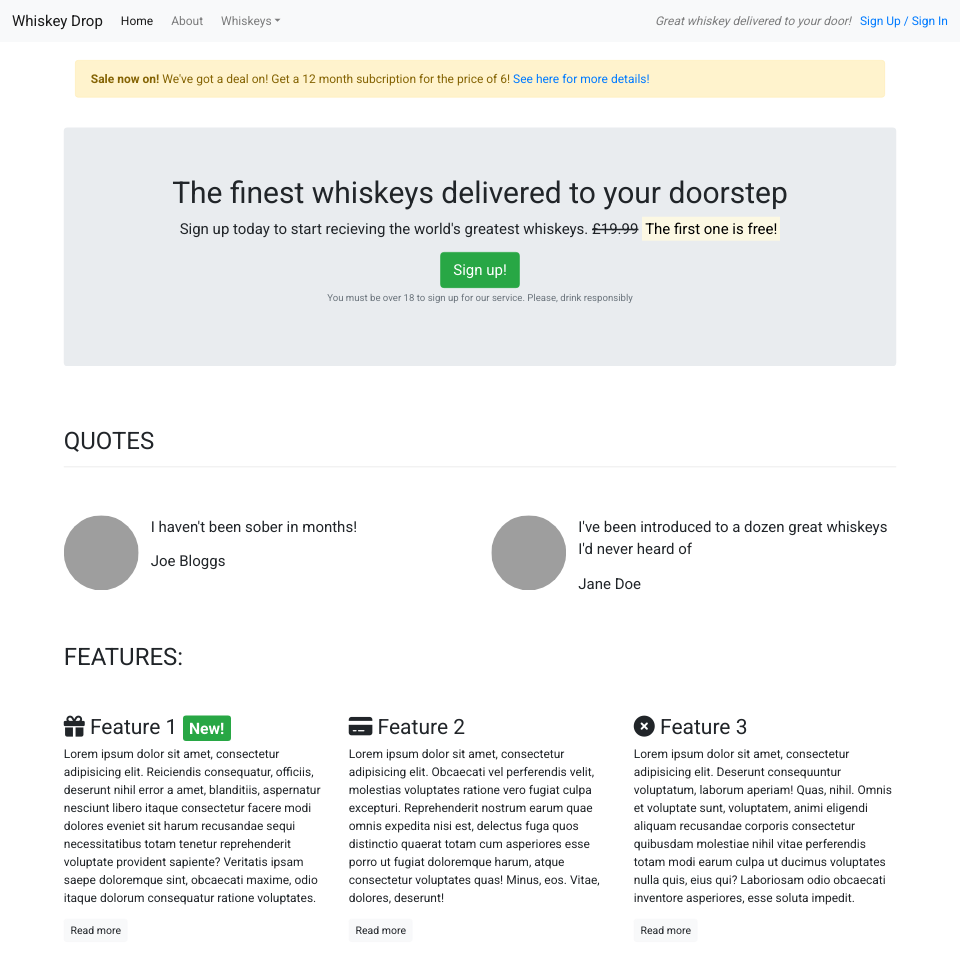
Repository: Matt-F90/Intro-to-bootstrap
Page: index.html
The author's editor kept a record of every edit. The page is drawn from the files as they stood at one moment, then again after the next edit.
The browser window is 1280 px wide. The pictures show the whole page, at 75% of full size.
Pictures or frames that could not be fetched are drawn as grey boxes. Some web libraries are served in a nearby version.

Above is the page before.
Console error: TypeError: Cannot read properties of undefined (reading 'fn')

### index.html
<!DOCTYPE html>
<html lang="en">

<head>
    <meta charset="UTF-8">
    <meta name="viewport" content="width=device-width, initial-scale=1.0">
    <meta http-equiv="X-UA-Compatible" content="ie=edge">
    <title>Whiskey Drop | Taste a new whiskey every month</title>
    <link rel="stylesheet" href="https://stackpath.bootstrapcdn.com/bootstrap/4.1.3/css/bootstrap.min.css" integrity="sha384-MCw98/SFnGE8fJT3GXwEOngsV7Zt27NXFoaoApmYm81iuXoPkFOJwJ8ERdknLPMO" crossorigin="anonymous">
    <script src="https://stackpath.bootstrapcdn.com/bootstrap/4.1.3/js/bootstrap.min.js" integrity="sha384-ChfqqxuZUCnJSK3+MXmPNIyE6ZbWh2IMqE241rYiqJxyMiZ6OW/JmZQ5stwEULTy" crossorigin="anonymous"></script>
    <script src="https://kit.fontawesome.com/f919e2be21.js" crossorigin="anonymous"></script>
    <link href="https://fonts.googleapis.com/css?family=Roboto:400,700&display=swap" rel="stylesheet">
    <link rel="stylesheet" href="css/style.css" type="text/css">

    <body>
        <nav class="navbar navbar-light bg-light navbar-expand-sm">
            <a href="/" class="navbar-brand">Whiskey Drop</a>

            <button class="navbar-toggler ml-auto" type="button" data-toggle="collapse" data-target="#navbarNavDropdown" aria-controls="navbarNavDropdown" aria-expanded="false" aria-label="Toggle navigation">
        <span class="navbar-toggler-icon"></span></button>

            <div class="collapse navbar-collapse" id="navbarNavDropdown">

                <ul class="navbar-nav mr-auto">
                    <li class="active nav-item mr-2"><a class="nav-link" href="/">Home</a></li>
                    <li class="nav-item mr-2"><a class="nav-link" href="/about">About</a></li>
                    <li class "nav-item dropdown">
                        <a class="nav-link dropdown-toggle" href="#" id="navbarDropdownMenuLink" role="button" data-toggle="dropdown" aria-haspopup="true" aria-expanded="false">
          Whiskeys</a>
                        <div class="dropdown-menu" aria-labelledby="navbarDropdownMenuLink">
                            <a class="dropdown-item" href="#">Irish</a>
                            <a class="dropdown-item" href="#">Scotch</a>
                            <a class="dropdown-item" href="#">Japanese</a>
                            <a class="dropdown-item" href="#">American</a>
                        </div>
                    </li>
                    <li class="nav-item mr-2 d-block d-sm-none"><a class="nav-link" href="/login">Sign Up / Sign In</a></li>
                </ul>
            </div>
            <div class="d-none d-md-block">
                <p class="navbar-text my-auto mr-2"><i>Great whiskey delivered to your door!</i></p>
                <a href="/login">Sign Up / Sign In</a>
            </div>
        </nav>
        <div class="container alert-container">
            <div class="row d-none d-sm-inline">
                <div class="col-12">
                    <div class="alert alert-warning">
                        <strong>Sale now on!</strong> We've got a deal on! Get a 12 month subcription for the price of 6! <a href "/">See here for more details!</a>
                    </div>
                </div>
            </div>
            <div class="row">
                <div class="col-12">
                    <section class="callout jumbotron text-center">
                        <h1>The finest whiskeys delivered to your doorstep</h1>
                        <p class="lead">Sign up today to start recieving the world's greatest whiskeys.
                            <s class="d-none d-sm-inline">£19.99</s>
                            <span class="d-inline d-sm-none"><br></span>
                            <strong><mark>The first one is free!</mark></strong></p>
                        <button class="btn btn-success btn-lg" data-toggle="modal" data-target="#signUpModal">Sign up!</button>
                        <p class="text-muted"><small>You must be over 18 to sign up for our service. Please, drink responsibly</small></p>
                    </section>
                </div>
            </div>
        </div>

<div class="container  quotes-container">
        <section class="quotes">
            <div class="row">
                <div class="col-12 my-5">
                    <h2 class="text-uppercase">Quotes</h2>
                    <hr />
                </div>
            </div>
            <div class="row">
                <div class="col-12 col-md-6">
                    <div class="media">
                        <div class="d-none d-sm-block">
                            <img src="images/guy-image.png" class="rounded-circle mr-3" height=100 width=100>
                        </div>
                        <div class="media-body">
                            <blockquote class="blockquote">
                                <p>I haven't been sober in months!</p>
                                <p>Joe Bloggs</p>
                            </blockquote>
                        </div>
                    </div>
                </div>
                <div class="col-12 col-md-6">
                    <div class="media">
                        <div class="d-none d-sm-block">
                            <img src="images/girl-image.png" class="rounded-circle mr-3" height=100 width=100>
                        </div>
                        <div class="media-body">
                            <blockquote class="blockquote">
                                <p>I've been introduced to a dozen great whiskeys I'd never heard of</p>
                                <p>Jane Doe</p>
                            </blockquote>
                        </div>
                    </div>
                </div>
            </div>
        </section>
        </div>

<div class="container features-container">
        <section class="features">
            <div class="row">
                <div class="col-12 my-5">
                    <h2 class="text-uppercase">Features:</h2>
                </div>
            </div>
            <div class="row">
                <div class="col-12 col-md-6 col-lg-4">
                    <div class="feature">
                        <h3><i class="fas fa-gift d-none d-sm-inline"></i> Feature 1 <span class="badge badge-success d-none d-sm-inline">New!</span></h3>
                        <p>Lorem ipsum dolor sit amet, consectetur adipisicing elit. Reiciendis consequatur, officiis, deserunt nihil error a amet, blanditiis, aspernatur nesciunt libero itaque consectetur facere modi dolores eveniet sit harum recusandae
                            sequi necessitatibus totam tenetur reprehenderit voluptate provident sapiente? Veritatis ipsam saepe doloremque sint, obcaecati maxime, odio itaque dolorum consequatur ratione voluptates.</ipsum50>
                        </p>
                        <p><a class="btn btn-sm btn-light">Read more</a></p>
                    </div>
                </div>
                <div class="col-12 col-md-6 col-lg-4">
                    <div class="feature">
                        <h3><i class="fas fa-credit-card d-none d-sm-inline"></i> Feature 2 </h3>
                        <p>Lorem ipsum dolor sit amet, consectetur adipisicing elit. Obcaecati vel perferendis velit, molestias voluptates ratione vero fugiat culpa excepturi. Reprehenderit nostrum earum quae omnis expedita nisi est, delectus fuga quos distinctio
                            quaerat totam cum asperiores esse porro ut fugiat doloremque harum, atque consectetur voluptates quas! Minus, eos. Vitae, dolores, deserunt!</p>
                        <p><a class="btn btn-sm btn-light">Read more</a></p>
                    </div>
                </div>
                <div class="col-12 d-md-none d-lg-block col-lg-4">
                    <div class="feature">
                        <h3><i class="fas fa-times-circle d-none d-sm-inline">
                                </i> Feature 3</h3>
                        <p>Lorem ipsum dolor sit amet, consectetur adipisicing elit. Deserunt consequuntur voluptatum, laborum aperiam! Quas, nihil. Omnis et voluptate sunt, voluptatem, animi eligendi aliquam recusandae corporis consectetur quibusdam molestiae
                            nihil vitae perferendis totam modi earum culpa ut ducimus voluptates nulla quis, eius qui? Laboriosam odio obcaecati inventore asperiores, esse soluta impedit.</p>
                        <p><a class="btn btn-sm btn-light">Read more</a></p>
                    </div>
                </div>
            </div>
        </section>
        </div>


        <div class="modal" tabindex="-1" role="dialog" id="signUpModal">
            <div class="modal-dialog" role="document">
                <div class="modal-content">
                    <div class="modal-header">
                        <h5 class="modal-title">Sign Up To Whiskey Drop</h5>
                        <button type="button" class="close" data-dismiss="modal" aria-label="Close">
          <span aria-hidden="true">&times;</span>
        </button>
                    </div>
                    <div class="modal-body">

                        <form>
                            <div class="form-group">
                                <label for="exampleInputEmail1">Email address</label>
                                <input type="email" class="form-control" id="exampleInputEmail1" aria-describedby="emailHelp" placeholder="Enter email">
                                <small id="emailHelp" class="form-text text-muted">We'll never share your email with anyone else.</small>
                            </div>
                            <div class="form-group">
                                <label for="password">Password</label>
                                <input type="password" class="form-control" id="password" placeholder="Password">
                            </div>
                            <div class="form-group">
                                <label for="repeatpassword">Repeat Password</label>
                                <input type="password" class="form-control" id="exampleInputPassword1" placeholder="Password">
                            </div>
                            <button type="submit" class="btn btn-success">Submit</button>
                        </form>

                    </div>
                </div>
            </div>
        </div>

        <script src="https://code.jquery.com/jquery-3.3.1.slim.min.js" integrity="sha384-q8i/X+965DzO0rT7abK41JStQIAqVgRVzpbzo5smXKp4YfRvH+8abtTE1Pi6jizo" crossorigin="anonymous"></script>
        <script src="https://cdnjs.cloudflare.com/ajax/libs/popper.js/1.14.3/umd/popper.min.js" integrity="sha384-ZMP7rVo3mIykV+2+9J3UJ46jBk0WLaUAdn689aCwoqbBJiSnjAK/l8WvCWPIPm49" crossorigin="anonymous"></script>
        <script src="https://stackpath.bootstrapcdn.com/bootstrap/4.1.3/js/bootstrap.min.js" integrity="sha384-ChfqqxuZUCnJSK3+MXmPNIyE6ZbWh2IMqE241rYiqJxyMiZ6OW/JmZQ5stwEULTy" crossorigin="anonymous"></script>
    </body>

</html>

### css/style.css
body {
  font-family: 'Roboto', sans-serif;
}

.alert-container {}

.callout-container{
    height: 100vh
}

.quotes-container{}

.features-container {}

After the next edit:
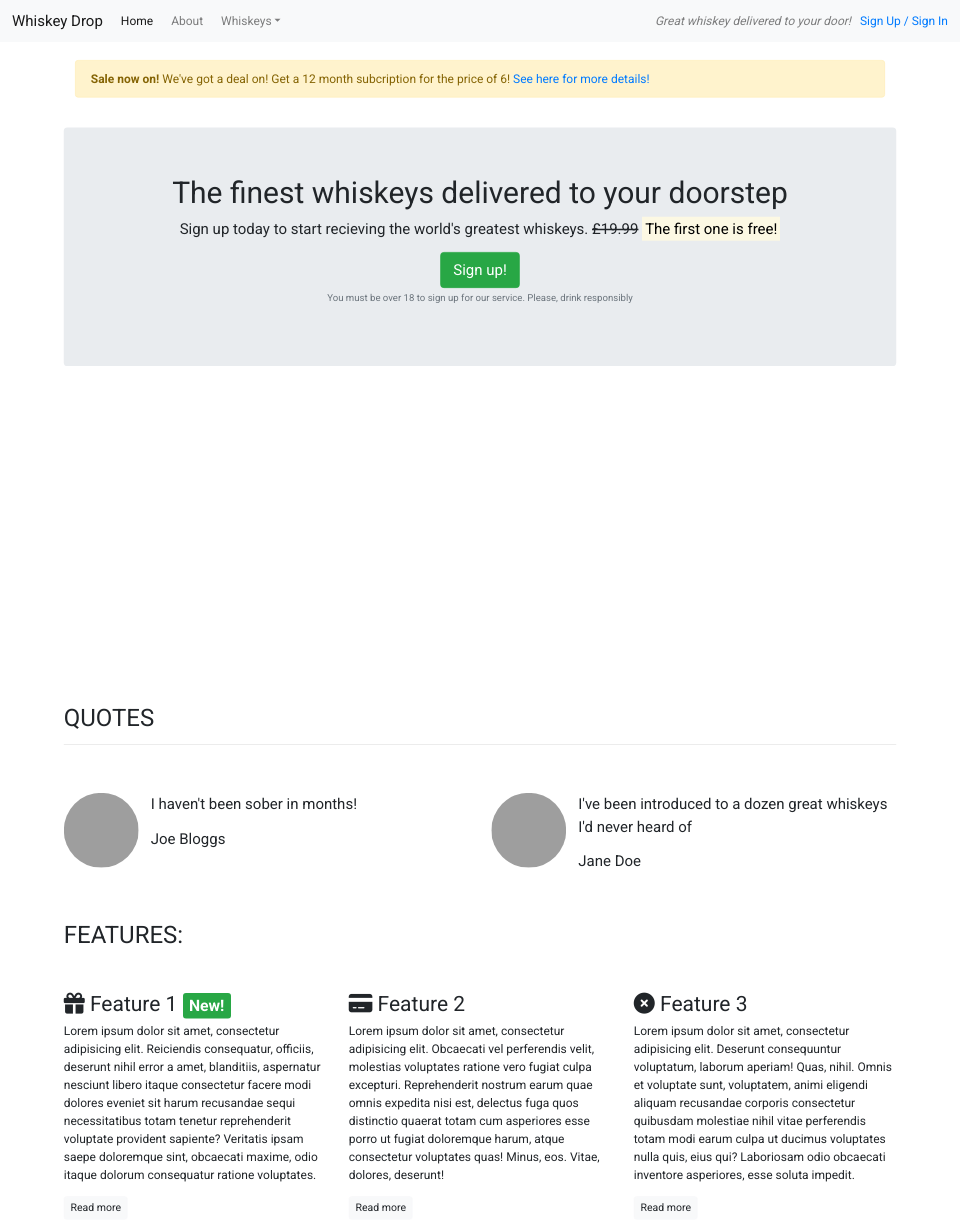
The edit:
--- a/index.html
+++ b/index.html
@@ -50,6 +50,9 @@
                     </div>
                 </div>
             </div>
+            </div>
+
+            <div class="container callout-container">
             <div class="row">
                 <div class="col-12">
                     <section class="callout jumbotron text-center">
